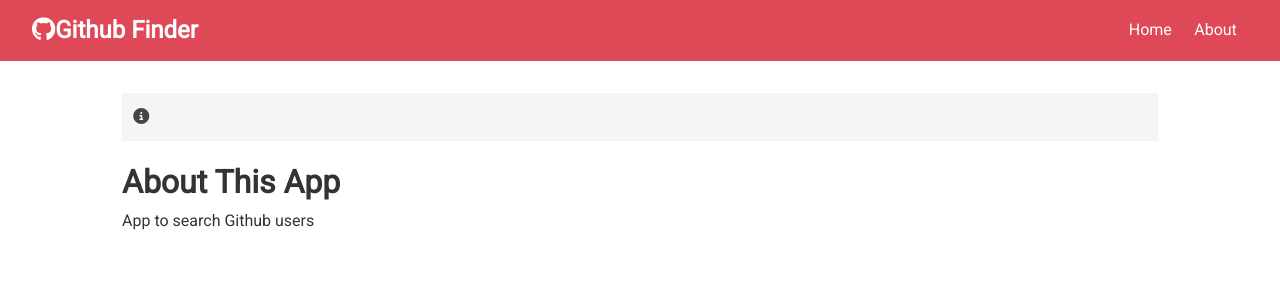
Repository: souleymane-k/github-finder
Page: /about
The author's editor kept a copy of each file at every save. The page is drawn from the files as they stood at one save, then again after a run of saves.
The browser window is 1280 px wide. The pictures show the whole page.
Some web libraries are served in a nearby version. The project was rebuilt for these pictures with package versions that can differ from the ones it lists, and the page was loaded fresh each time. Also part of the build but not shown: src/components/users/UserItem.js, src/components/layout/Spinner.js, src/components/users/Users.js, src/components/repos/RepoItem.js, src/components/repos/Repos.js, src/components/users/User.js, src/components/users/Search.js.

Above is the page before, as saved 2021-10-14 03:29:49.

### src/App.js
import React, {Fragment} from 'react'
import {BrowserRouter as Router, Switch, Route} from 'react-router-dom'
import NavBar from './components/layout/NavBar'
import Users from './components/users/Users'
import User from './components/users/User'
import Search from './components/users/Search'
import Alert from './components/layout/Alert'
import About from './components/pages/About';
import GithubState from './context/github/GithubState';
import AlertState from './context/alert/AlertState';
import './App.css';

const App = ()=> {







    // const {users, user, loading, repos} = this.state;
  return (
    <GithubState>
      <AlertState>
    <Router>
    <div className="App">
      <NavBar />
      <div className="container">
        <Alert />
         <Switch>
           < Route
           exact path='/'
           render={props =>(
           <Fragment>
              <Search/>
             <Users />
           </Fragment>
           )}
           />
           <Route exact path='/about'  component={About} />
           <Route exact path='/user/:login' component={User} />
         </Switch>

      </div>
    </div>
    </Router>
    </AlertState>
    </GithubState>
  );

}
export default App;

### src/components/layout/NavBar.js
import React from 'react'
import PropTypes from 'prop-types'
import {Link} from 'react-router-dom'


const NavBar = ({icon, title}) => {

        return (
            <nav className='navbar bg-primary'>
                <h1>
                  <i className={icon}/>
                   {title}
                </h1>
                <ul>
                    <li>
                        <Link to='/' >Home</Link>

                    </li>
                    <li>
                        <Link to='/about' >About</Link>
                    </li>
                </ul>

            </nav>
        )
    }

    NavBar.defaultProps ={
        title: "Github Finder",
        icon: "fab fa-github"
    };

    NavBar.propTypes ={
        title : PropTypes.string.isRequired,
        icon : PropTypes.string.isRequired
    };

export default NavBar

### src/components/layout/Alert.js
import React,{useContext} from 'react'
import AlertContext from '../../context/alert/alertContext'

const Alert = () => {
const alertContext = useContext(AlertContext)

    return (
        alert !== null && (
            <div className={`alert alert-${alert.type}`}>
                <i className="fas fa-info-circle" />{alert.msg}
            </div>
        )
    );
}

export default Alert;

### src/components/pages/About.js
import React, { Fragment } from 'react'

const About = () => {
    return (
        <Fragment>
            <h1>About This App</h1>
            <p>App to search Github users</p>
        </Fragment>
    )
}

export default About

### src/context/github/GithubState.js
import React, { useReducer } from 'react';
import axios from 'axios';
import GithubContext from './githubContext';
import GithubReducer from './githubReducer';

import {
  SEARCH_USERS,
  SET_LOADING,
  CLEAR_USERS,
  GET_USER,
  GET_REPOS

} from '../types';

const GithubState = (props) =>{
  const initialState = {
     users: [],
     user: {},
     repos : [],
     loading: false
  }

  const [state, dispatch] = useReducer(GithubReducer, initialState);

  //search users

  // Search github Users
  const searchUsers = async text => {
    setLoading();
    const res = await axios.get(`https://api.github.com/search/users?q=${text}&client_id =
     ${process.env.REACT_APP_GITHUB_CLIENT_ID}&client_secret=
     ${process.env.REACT_APP_GITHUB_CLIENT_SECRET}` );

    dispatch({
      type:SEARCH_USERS,
      payload: res.data.items
    })

  };


  //get user

  const getUser = async (username) =>{
    setLoading()
     const res = await axios.get(`https://api.github.com/users/${username}?client_id =
     ${process.env.REACT_APP_GITHUB_CLIENT_ID}&client_secret=
     ${process.env.REACT_APP_GITHUB_CLIENT_SECRET}` );

    dispatch({
      type: GET_USER,
      payload: res.data
    })
   }

  //get repos
  const getUserRepos = async (username) =>{
    setLoading()
    const res = await axios.get(`https://api.github.com/users/${username}/repos?per_page=5&sort=created:asc&client_id =
    ${process.env.REACT_APP_GITHUB_CLIENT_ID}&client_secret=
    ${process.env.REACT_APP_GITHUB_CLIENT_SECRET}` );

    dispatch({
      type: GET_REPOS,
      payload: res.data
    });

  }

  // clear users
  const clearUsers =()=> dispatch({type: CLEAR_USERS})

  //set loading

  const setLoading = () => dispatch({type: SET_LOADING });

  return <GithubContext.Provider
      value={{
        users: state.users,
        user: state.user,
        repos: state.repos,
        loading:state.loading,
        searchUsers,
        clearUsers,
        getUser,
        getUserRepos
      }}
  >
   {props.children}
  </GithubContext.Provider>


}

export default GithubState;

### src/context/alert/AlertState.js
import React, { useReducer } from 'react';
import AlertContext from './alertContext';
import AlertReducer from './alertReducer';
import {SET_ALERT, REMOVE_ALERT} from '../types';

const AlertState = (props) =>{
  const initialState = null;

  const [state, dispatch] = useReducer(AlertReducer, initialState);

  // Set Alert
  const setAlert = (msg, type) => {
    dispatch({
        type: SET_ALERT,
        payload:{msg, type}

    });

     setTimeout(() => dispatch({type: REMOVE_ALERT}), 5000);
    }




  return <AlertContext.Provider
      value={{
        alert: state,
        setAlert,

      }}
  >
   {props.children}
  </AlertContext.Provider>


}

export default AlertState;

### src/context/github/githubReducer.js
import {
    SEARCH_USERS,
    SET_LOADING,
    CLEAR_USERS,
    GET_USER,
    GET_REPOS

  } from '../types';

  export default (state, action) =>{
      switch(action.type){
          case SEARCH_USERS:
              return {
                ...state,
                users: action.payload,
                loading: false
              };

              case GET_USER:
                  return{
                     ...state,
                     user:action.payload,
                     loading: false
                  };
              case CLEAR_USERS:
                  return{
                      ...state,
                      users: [],
                      loading:false
                  };
            case GET_REPOS:
                return{
                    ...state,
                    repos: action.payload,
                    loading:false
                }
            case SET_LOADING:
              return{
                  ...state,
                  loading: true

              }
        default:
            return state;
      }
  }

### src/context/types.js
export const SEARCH_USERS = 'SEARCH_USERS';
export const GET_USER = 'GET_USER';
export const CLEAR_USERS = 'CLEAR_USERS';
export const GET_REPOS = 'GET_REPOS';
export const SET_LOADING = 'SET_LOADING';
export const SET_ALERT = 'SET_ALERT';
export const REMOVE_ALERT = 'REMOVE_ALERT';

const GithubState = props =>{
     const initialState = {
         users: [],
         user: {},
         repos: [],
         loading: false
     }


}

### src/context/alert/alertReducer.js
import {SET_ALERT, REMOVE_ALERT} from '../types'

export default (state, action) =>{
    switch(action.type){
     case SET_ALERT:
         return action.payload;
     case REMOVE_ALERT:
          return null;
    default:
        return state;
    }

}

Loaded but not shown: public/index.html (common file); src/index.js (common file); src/index.css (common file); src/App.css (common file); src/context/github/githubContext.js (common file); src/context/alert/alertContext.js (common file)

After the next 10 saves:
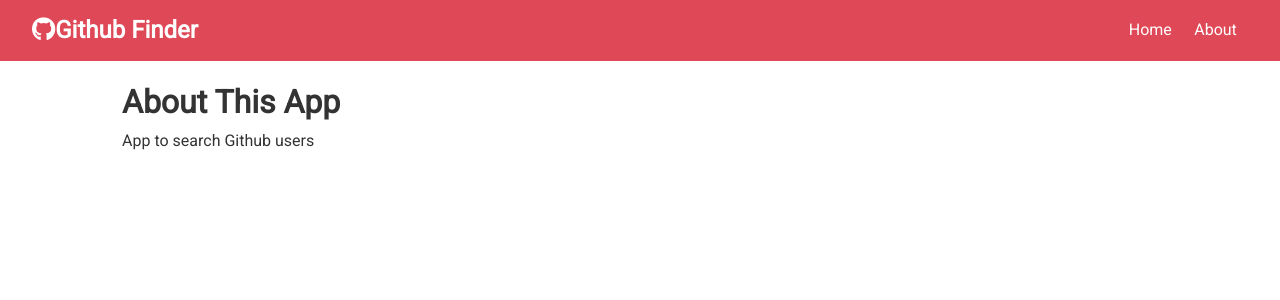
The 10 saves are shown as one change because 2 did not build or start and some came seconds apart.
The last was saved 36 s later.
--- a/src/components/layout/Alert.js
+++ b/src/components/layout/Alert.js
@@ -4,7 +4,8 @@
 const Alert = () => {
 const alertContext = useContext(AlertContext)
 
-    return (
+const {alert} = alertContext;
+   return (
         alert !== null && (
             <div className={`alert alert-${alert.type}`}>
                 <i className="fas fa-info-circle" />{alert.msg}
